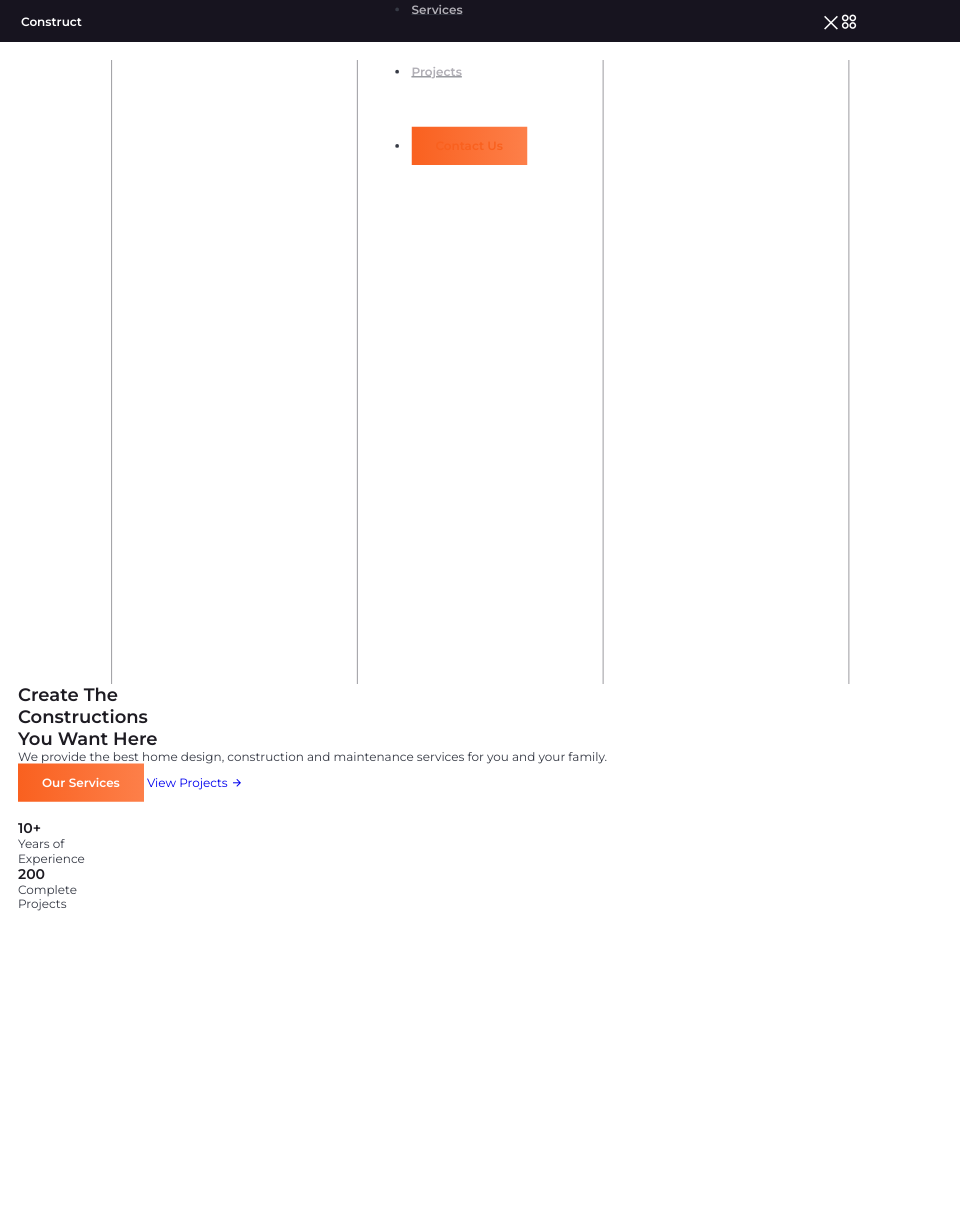
Repository: douglasabnovato/construction
Page: index.html
The author's editor kept a copy of each file at every save. The page is drawn from the files as they stood at one save, then again after the next save.
The browser window is 1280 px wide. The pictures show the whole page, at 75% of full size.
The pointer rests on the first visible `.button`.

Above is the page before, as saved 2025-04-29 00:39:21.

### index.html
<!DOCTYPE html>
<html lang="en">
  <head>
    <meta charset="UTF-8" />
    <meta name="viewport" content="width=device-width, initial-scale=1.0" />

    <!--=============== FAVICON ===============-->
    <link
      rel="shortcut icon"
      href="assets/img/favicon.png"
      type="image/x-icon"
    />

    <!--=============== REMIXICONS ===============-->
    <link
      rel="stylesheet"
      href="https://cdnjs.cloudflare.com/ajax/libs/remixicon/4.2.0/remixicon.css"
    />

    <!--=============== SWIPER CSS ===============-->
    <link rel="stylesheet" href="" />

    <!--=============== CSS ===============-->
    <link rel="stylesheet" href="assets/css/styles.css" />

    <title>Construction</title>
  </head>
  <body>
    <!--==================== HEADER ====================-->
    <header class="header" id="header">
      <nav class="nav container">
        <a href="#" class="nav__logo">
          <i class="ri-bulding-3-line"></i>
          <span>Construct</span>
        </a>
        <div class="nav__menu" id="nav-menu">
          <u class="nav__list">
            <li>
              <a href="#home" class="nav__link">Home</a>
            </li>
            <li>
              <a href="#aboutus" class="nav__link"> About Us</a>
            </li>
            <li>
              <a href="#services" class="nav__link"> Services</a>
            </li>
            <li>
              <a href="#projects" class="nav__link"> Projects</a>
            </li>
            <li>
              <a href="#contactus" class="nav__link button"> Contact Us</a>
            </li>
          </u>
          <!-- Close Button -->
          <div class="nav__close" id="nav-close">
            <i class="ri-close-large-line"></i>
          </div>
        </div>
        <!-- Toggle menu -->
        <div class="nav__toggle" id="nav-toggle">
          <i class="ri-apps-2-line"></i>
        </div>
      </nav>
    </header>

    <!--==================== MAIN ====================-->
    <main class="main">
      <!--==================== HOME ====================-->
      <section class="home section" id="home">
        <img
          src="./assets/img/home-lines-bg.svg"
          alt="image"
          class="home__lines"
        />
        <div class="home__container container grid">
          <div class="home__container grid">
            <div class="home__data">
              <h1 class="home__title">
                Create The<br />
                Constructions<br />
                You Want Here
              </h1>
              <p class="home__description">
                We provide the best home design, construction and maintenance
                services for you and your family.
              </p>
              <div class="home__buttons">
                <a href="#services" class="button">Our Services</a>
                <a href="#projects" class="button__link"
                  ><span>View Projects</span> <i class="ri-arrow-right-line"></i
                ></a>
              </div>
            </div>
            <div class="home__info">
              <div>
                <h3 class="home__info-title">10+</h3>
                <p class="home__info-description">
                  Years of <br />
                  Experience
                </p>
              </div>
              <div>
                <h3 class="home__info-title">200</h3>
                <p class="home__info-description">
                  Complete <br />
                  Projects
                </p>
              </div>
            </div>
          </div>
          <div class="home__images"></div>
        </div>
      </section>

      <!--==================== ABOUT ====================-->
      <section class="about section" id="about"></section>

      <!--==================== SERVICES ====================-->
      <section class="services section" id="services"></section>

      <!--==================== PROJECTS ====================-->
      <section class="projects section" id="projects"></section>

      <!--==================== CONTACT ====================-->
      <section class="contact section" id="contact"></section>
    </main>

    <!--==================== FOOTER ====================-->
    <footer class="footer"></footer>

    <!--========== SCROLL UP ==========-->

    <!--=============== SCROLLREVEAL ===============-->
    <script src=""></script>

    <!--=============== SWIPER JS ===============-->
    <script src=""></script>

    <!--=============== MAIN JS ===============-->
    <script src="assets/js/main.js"></script>
  </body>
</html>

### assets/css/styles.css
/*=============== GOOGLE FONTS ===============*/
@import url("https://fonts.googleapis.com/css2?family=Montserrat:wght@100..900&display=swap");

/*=============== VARIABLES CSS ===============*/
:root {
  --header-height: 3.5rem;

  /*========== Colors ==========*/
  /*Color mode HSL(hue, saturation, lightness)*/
  --first-color: hsl(18, 95%, 55%);
  --second-color: hsl(42, 98%, 52%);
  --first-gradient: linear-gradient(
    90deg,
    hsl(18, 95%, 55%),
    hsl(18, 98%, 64%)
  );
  --title-color: hsl(255, 12%, 12%);
  --text-color: hsl(225, 12%, 24%);
  --text-color-light: hsl(255, 4%, 70%);
  --body-color: hsl(0, 0%, 100%);
  --container-color: hsl(0, 0%, 100%);
  --white-color: hsl(0, 0%, 100%);
  --black-color: hsl(255, 20%, 10%);
  --gray-border: hsl(255, 6%, 90%);
  --black-border: hsl(255, 10%, 20%);

  /*========== Font and typography ==========*/
  /*.5rem = 8px | 1rem = 16px ...*/
  --body-font: "Montserrat", sans-serif;
  --big-font-size: 2.25rem;
  --h1-font-size: 1.5rem;
  --h2-font-size: 1.25rem;
  --h3-font-size: 1rem;
  --normal-font-size: 0.938rem;
  --small-font-size: 0.813rem;

  /*========== Font weight ==========*/
  --font-regular: 400;
  --font-medium: 500;
  --font-semi-bold: 600;
  --font-bold: 700;

  /*========== z index ==========*/
  --z-tooltip: 10;
  --z-fixed: 100;
}

/*========== Responsive typography ==========*/
@media screen and (min-width: 1150px) {
  :root {
    --big-font-size: 3.5rem;
    --h1-font-size: 2.25rem;
    --h2-font-size: 1.5rem;
    --h3-font-size: 1.25rem;
    --normal-font-size: 1rem;
    --small-font-size: 0.875rem;
  }
}

/*=============== BASE ===============*/
* {
  box-sizing: border-box;
  padding: 0;
  margin: 0;
}

html {
  scroll-behavior: smooth;
}

body {
  font-family: var(--body-font);
  font-size: var(--normal-font-size);
  background-color: var(--body-color);
  color: var(--text-color);
}

h1,
h2,
h3,
h4 {
  color: var(--title-color);
  font-weight: var(--font-semi-bold);
}

ul {
  list-style: none;
}

a {
  text-decoration: none;
}

img {
  display: block;
  max-width: 100%;
  height: auto;
}

/*=============== REUSABLE CSS CLASSES ===============*/
.container {
  max-width: 1120px;
  margin-inline: 1.5rem;
}

.grid {
  display: grid;
  gap: 1.5rem;
}

.section {
  padding-block: 5rem 1rem;
}
.section__title,
.section__subtitle {
  text-align: center;
}

.section__title {
  font-size: var(--h1-font-size);
  font-weight: var(--font-bold);
  margin-bottom: 1.5rem;
}

.section__subtitle {
  display: block;
  font-size: var(--normal-font-size);
  font-weight: var(--font-semi-bold);
  color: var(--second-color);
  margin-bottom: 0.5rem;
}

.main {
  overflow: hidden;
}

/*=============== HEADER & NAV ===============*/
.header {
  position: fixed;
  width: 100%;
  top: 0;
  left: 0;
  background-color: var(--black-color);
  z-index: var(--z-fixed);
}

.nav {
  position: relative;
  height: var(--header-height);
  display: flex;
  justify-content: space-between;
  align-items: center;
}

.nav__logo {
  display: flex;
  align-items: center;
  column-gap: 0.25rem;
}

.nav__logo span {
  color: var(--white-color);
  font-weight: var(--font-semi-bold);
  transition: color 0.4s;
}

.nav__logoi i {
  color: var(--first-color);
  font-size: 1.5rem;
}

.nav__toggle,
.nav__close {
  font-size: 1.5rem;
  color: var(--white-color);
  cursor: pointer;
  transition: color 0.4s;
}

/* Navigation for mobile devices */
@media screen and (max-width: 1150px) {
  .nav__menu {
    position: fixed;
    top: 0;
    right: -100%;
    background-color: var(--black-color);
    width: 80%;
    height: 100%;
    padding: 7.5rem 3.5rem 0;
    border-left: 2px solid var(--black-border);
    transition: right 0.4s;
  }
}

.nav__list {
  display: flex;
  flex-direction: column;
  row-gap: 4rem;
}

.nav__link {
  color: var(--text-color-light);
  font-weight: var(--font-semi-bold);
  transition: color 0.4s;
}

.nav__link:hover {
  color: var(--first-color);
}

.nav__close {
  position: absolute;
  top: 1rem;
  right: 1.5rem;
}

/* Show menu */
.show-menu {
  right: 0;
}

/* Change background header */

/* Active link */

/*=============== HOME ===============*/

/*=============== BUTTON ===============*/
.button {
  display: inline-flex;
  background: var(--first-gradient);
  color: var(--white-color);
  font-weight: var(--font-semi-bold);
  padding: 1rem 2rem;
  transition: box-shadow .4s;
}

.button:hover{

}

/*=============== ABOUT ===============*/

/*=============== SERVICES ===============*/

/* Swiper class */

/*=============== PROJECTS ===============*/

/*=============== CONTACT ===============*/

/*=============== FOOTER ===============*/

/*=============== SCROLL BAR ===============*/

/*=============== SCROLL UP ===============*/

/* Show Scroll Up */

/*=============== BREAKPOINTS ===============*/
/* For small devices */

/* For medium devices */

/* For large devices */

### assets/js/main.js
/*=============== SHOW MENU ===============*/
const navMenu = document.getElementById('nav-menu'),
      navToggle = document.getElementById('nav-toggle'),
      navClose = document.getElementById('nav-close')

/* Menu show */
if(navToggle){
    navToggle.addEventListener('click', () =>{
        navMenu.classList.add('show-menu')
    })
}

/* Menu hidden */
if(navClose){
    navClose.addEventListener('click', () =>{
        navMenu.classList.remove('show-menu')
    })
}

/*=============== REMOVE MENU MOBILE ===============*/
const navLink = document.querySelectorAll('.nav__link')

const linkAction = () =>{
    const navMenu = document.getElementById('nav-menu')
    // When we click on each nav__link, we remove the show-menu class
    navMenu.classList.remove('show-menu')
}
navLink.forEach(n => n.addEventListener('click', linkAction))


/*=============== CHANGE BACKGROUND HEADER ===============*/

/*=============== SWIPER SERVICES ===============*/

/*=============== SHOW SCROLL UP ===============*/

/*=============== SCROLL SECTIONS ACTIVE LINK ===============*/

/*=============== SCROLL REVEAL ANIMATION ===============*/

After the next save:
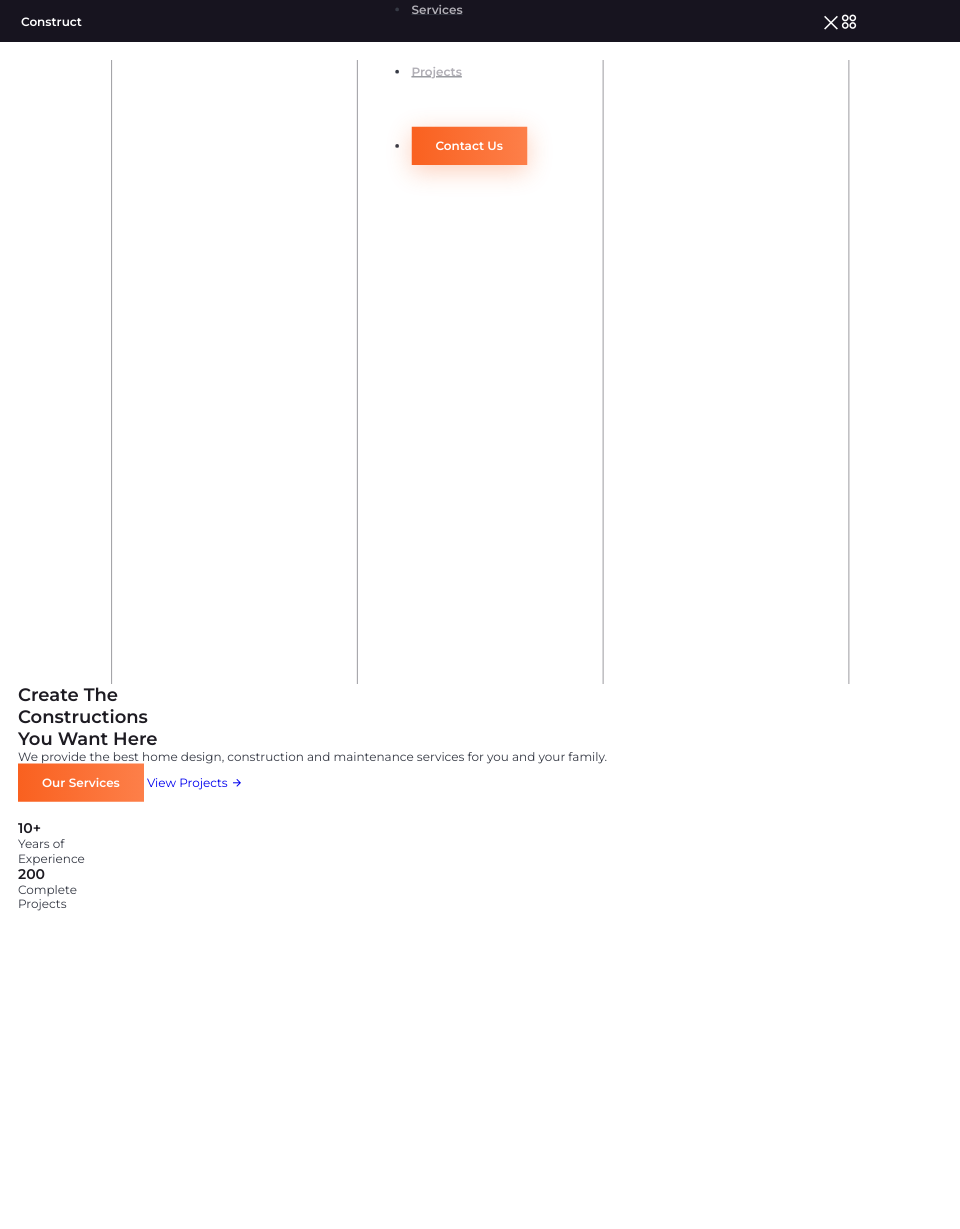
Saved 2 min 13 s later.
--- a/assets/css/styles.css
+++ b/assets/css/styles.css
@@ -236,7 +236,8 @@ img {
 }
 
 .button:hover{
-
+  box-shadow: 0 8px 32px hsla(18, 95%, 55%, .3);
+  color: var(--white-color);
 }
 
 /*=============== ABOUT ===============*/
